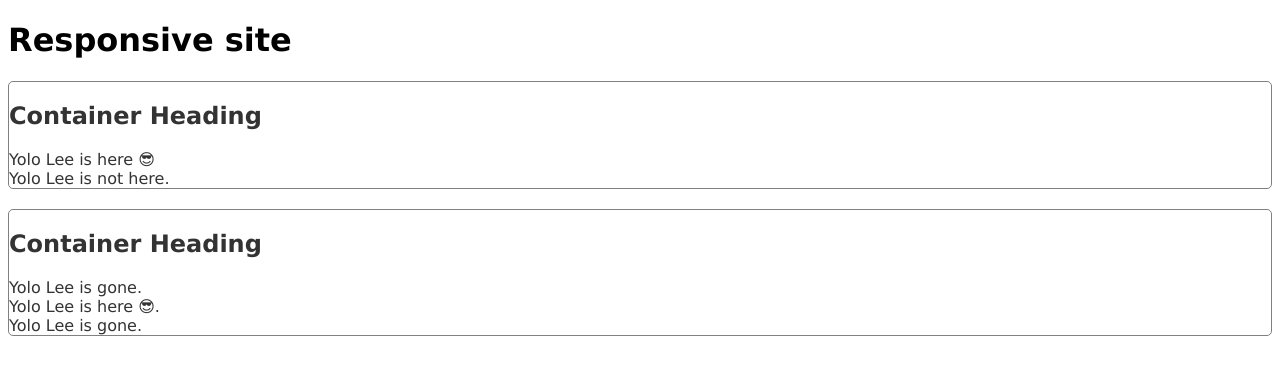
Repository: HyunJunggggg/MDIA2109
Page: inclass/week6/index.html
These files come from the project's save history. The page is drawn as it stood at one moment and after the next save; the edit follows.
The browser window is 1280 px wide. The pictures show the whole page.

Above is the page before, as saved 2025-02-13 14:35:18.

After the next save:
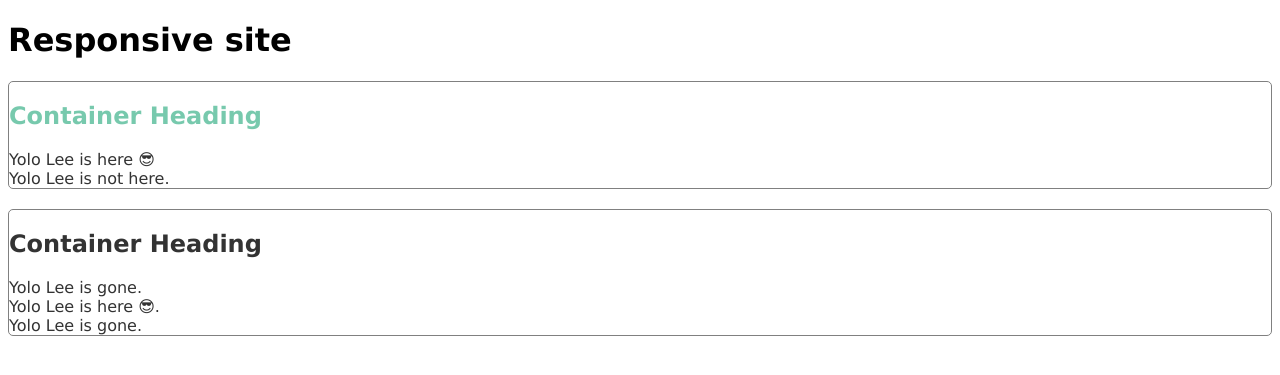
Saved 4 s later.
--- a/inclass/week6/css/style.css
+++ b/inclass/week6/css/style.css
@@ -18,5 +18,5 @@ html{
 }
 
 .container__header{
-  color: #09;
+  color: #0968;
 }
